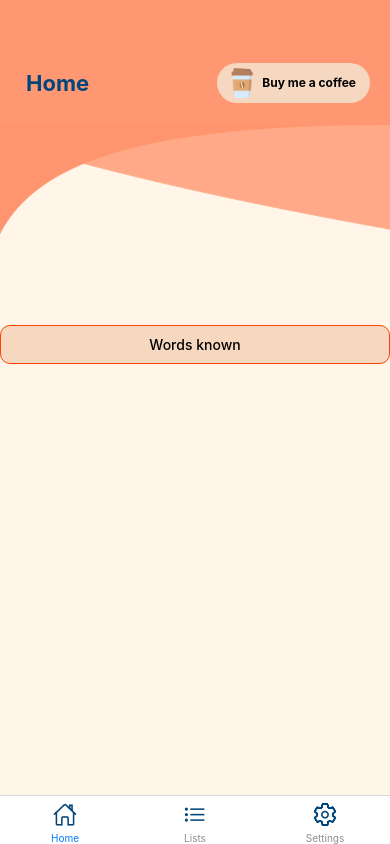
Repository: David-Waite/SpellingApp
Screen: /
These files come from the project's save history. The screen is drawn as it stood at one moment and after the next save; the edit follows.
The app was drawn by React Native's web renderer in a window 390 px wide. The project was rebuilt for these pictures with package versions that can differ from the ones it lists, and the page was loaded fresh each time. Also part of the build but not shown: screens/Settings.js, screens/SpellWord.js, screens/WordsLearnt.js, screens/WordListOverview.js, screens/WordLists.js, screens/Donate.js.

Above is the screen before, as saved 2023-06-22 22:13:51.

After the next save:
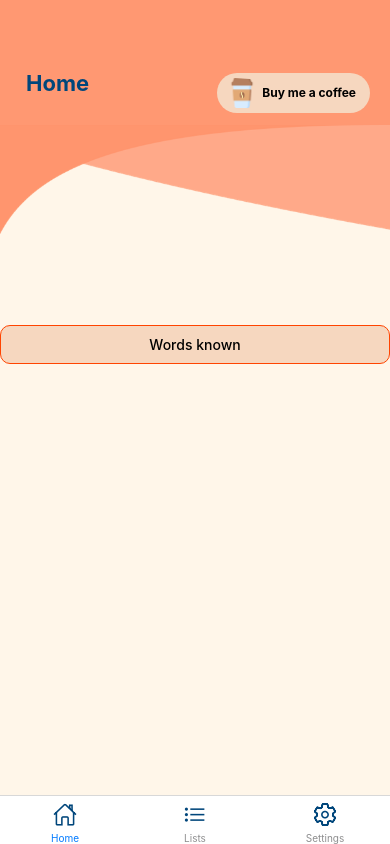
Saved 5 s later.
--- a/components/ui/CoffeeBtn.js
+++ b/components/ui/CoffeeBtn.js
@@ -31,7 +31,7 @@ const styles = StyleSheet.create({
     paddingRight: 14,
     paddingVertical: 5,
     marginRight: 20,
-    marginBottom: -40,
+    marginBottom: -60,
   },
   layoutConatiner: {
     flexDirection: "row",
